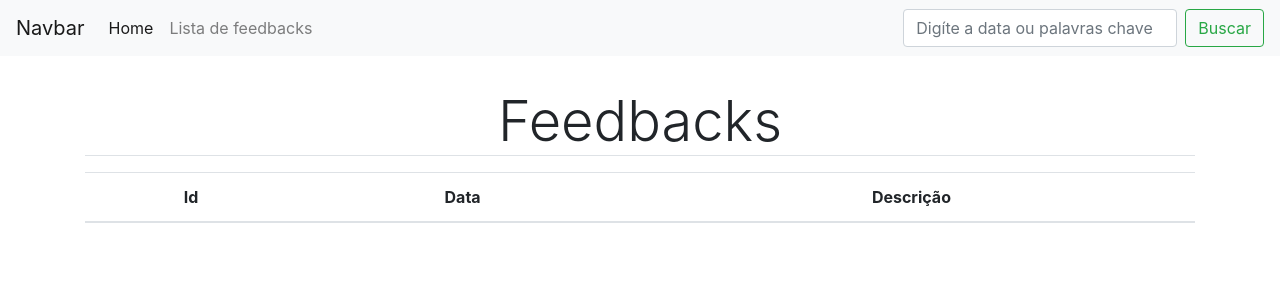
Repository: JulioSantooz/maisViagensSegundaVersao
Page: http://localhost/java-crud-mais-viagens/lista.jsp
An editor plug-in stored every save of this project. The page is shown before and after the next save, followed by the edit.
The browser window is 1280 px wide. The pictures show the whole page.
Some web libraries are served in a nearby version. The page is served by Tomcat 9. Other server files are loaded and not shown.

Above is the page before, as saved 2022-02-06 22:53:57.

### java-web(eclipse)/java-crud-mais-viagens/src/main/webapp/lista.jsp
<%@ page language="java" contentType="text/html; charset=ISO-8859-1" pageEncoding="ISO-8859-1"%>
<%@ taglib uri='http://java.sun.com/jsp/jstl/core' prefix='c'%>

<!DOCTYPE html>
<html>
<head>
<meta charset="ISO-8859-1">
<link rel="stylesheet" href="https://maxcdn.bootstrapcdn.com/bootstrap/4.0.0/css/bootstrap.css">
<title>+Viagens - Todos os feedbacks</title>
</head>
<body>

<nav class="navbar navbar-expand-lg navbar-light bg-light">
  <a class="navbar-brand" href="#">Navbar</a>
  <button class="navbar-toggler" type="button" data-toggle="collapse" data-target="#navbarSupportedContent" aria-controls="navbarSupportedContent" aria-expanded="false" aria-label="Toggle navigation">
    <span class="navbar-toggler-icon"></span>
  </button>

  <div class="collapse navbar-collapse" id="navbarSupportedContent">
    <ul class="navbar-nav mr-auto">
      <li class="nav-item active">
        <a class="nav-link" href="index.html">Home <span class="sr-only">(current)</span></a>
      </li>
      <li class="nav-item">
        <a class="nav-link" href="CreateAndFind">Lista de feedbacks</a>
      </li>
    </ul>
    <form action="CreateAndFind" method="GET" class="form-inline my-2 my-lg-0">
      <input name="pesquisa" class="form-control mr-sm-2" type="search" placeholder="Digíte a data ou palavras chave" aria-label="Search">
      <button class="btn btn-outline-success my-2 my-sm-0" type="submit">Buscar</button>
    </form>
  </div>
</nav>

<main class="container text-center mt-3">
	<div class="row">
		<div class="col-12">
			<h1 class="display-4 my-3 border-bottom">Feedbacks</h1>
			<table class="table">
				<thead>
					<tr>
						<th>Id</th>
						<th>Data</th>
						<th>Descrição</th>
					</tr>
				</thead>
				<tbody>
					<c:forEach items="${feedback}" var="feedback">
						<tr>
							<td>${feedback.id_feedback}</td>
							<td>${feedback.data}</td>
							<td>${feedback.descricao}</td>
							<td>
								<a href="FeedbackDelete?feedbackId=${feedback.id_feedback}">excluir</a> |
								<a href="FeedbackUpdate?feedbackId=${feedback.id_feedback}">atualizar</a>
							<td>
						</tr>
					</c:forEach>
				</tbody>
			</table>
		</div>
	</div>
</main>


<script src="https://code.jquery.com/jquery-3.2.1.slim.min.js"></script>
<script src="https://cdnjs.cloudflare.com/ajax/libs/popper.js/1.12.9/umd/popper.min.js"></script>
<script src="https://maxcdn.bootstrapcdn.com/bootstrap/4.0.0/js/bootstrap.js"></script>

</body>
</html>

After the next save:
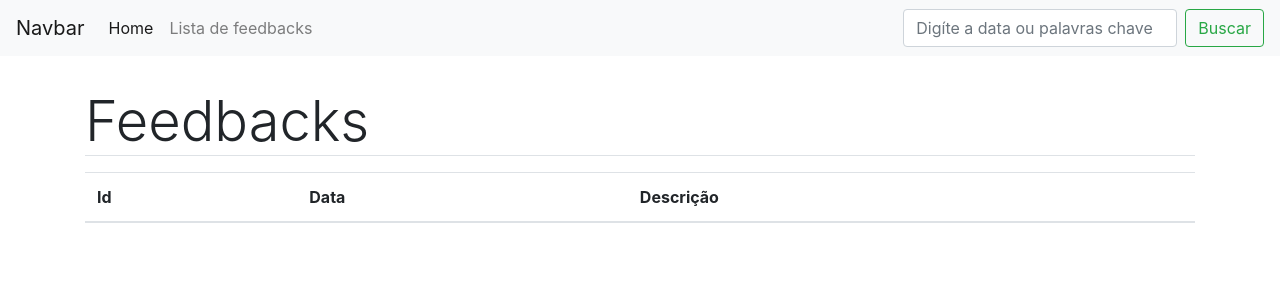
Saved 75 s later.
--- a/java-web(eclipse)/java-crud-mais-viagens/src/main/webapp/lista.jsp
+++ b/java-web(eclipse)/java-crud-mais-viagens/src/main/webapp/lista.jsp
@@ -32,7 +32,7 @@
   </div>
 </nav>
 
-<main class="container text-center mt-3">
+<main class="container  mt-3">
 	<div class="row">
 		<div class="col-12">
 			<h1 class="display-4 my-3 border-bottom">Feedbacks</h1>

After the save that followed:
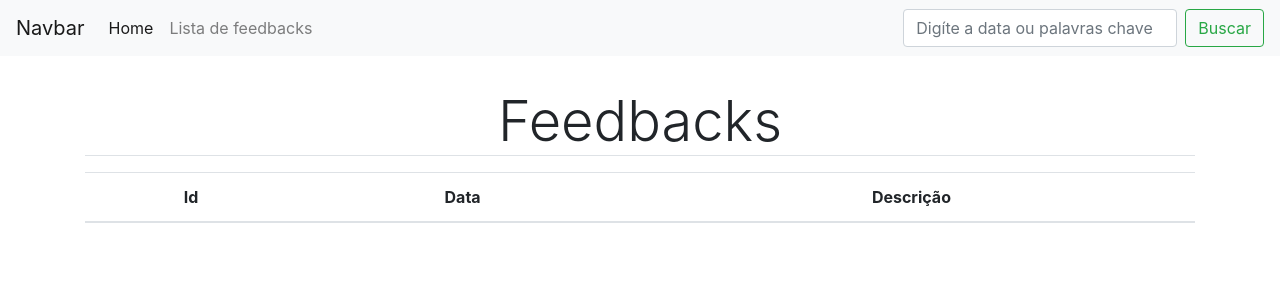
Saved 11 s later.
--- a/java-web(eclipse)/java-crud-mais-viagens/src/main/webapp/lista.jsp
+++ b/java-web(eclipse)/java-crud-mais-viagens/src/main/webapp/lista.jsp
@@ -32,7 +32,7 @@
   </div>
 </nav>
 
-<main class="container  mt-3">
+<main class="container text-center mt-3">
 	<div class="row">
 		<div class="col-12">
 			<h1 class="display-4 my-3 border-bottom">Feedbacks</h1>
